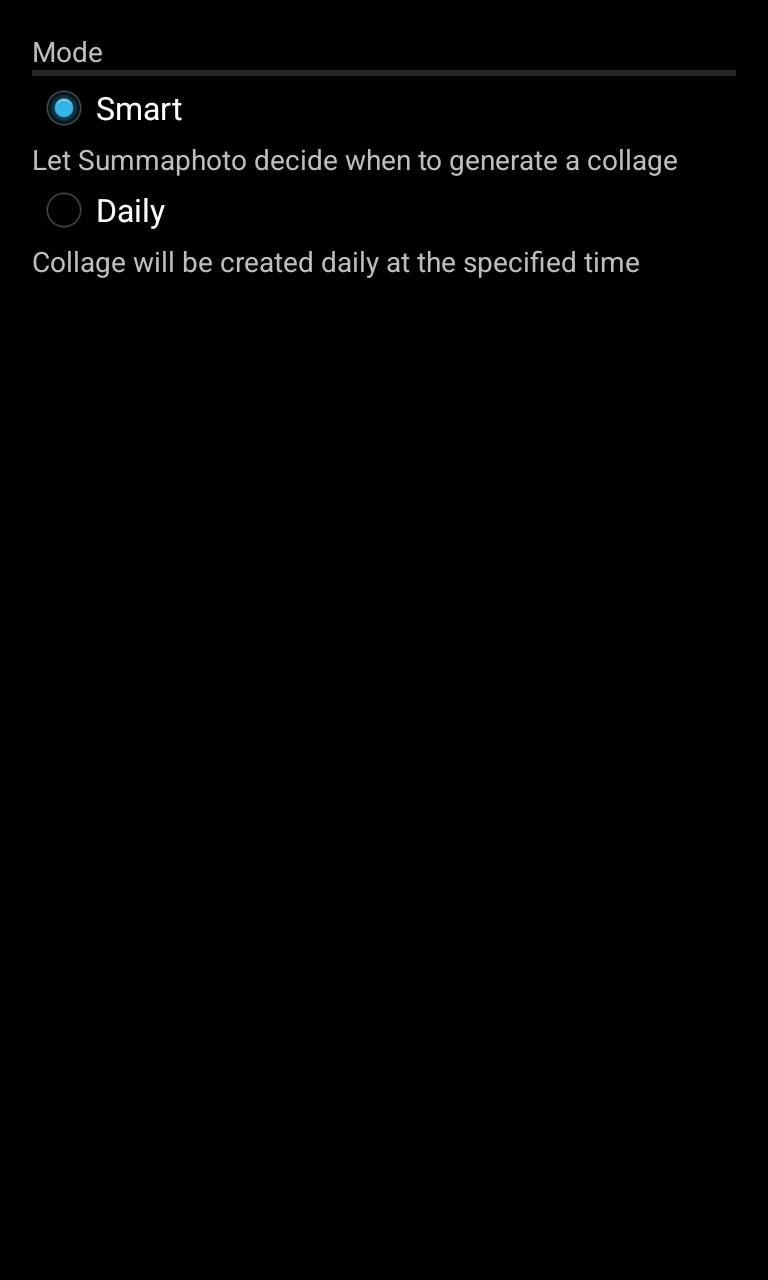
Repository: ulugbekjs/SummaPhoto
Layout: Workshop/res/layout/activity_settings.xml
An editor plug-in stored every save of this project. The layout is shown before and after the next save, followed by the edit.
It is drawn on a 768 x 1280 px phone screen (xhdpi) without system bars, with theme SummaPhotoTheme; the app's code is not run.

Above is the layout before, as saved 2013-08-12 13:06:59.

After the next save:
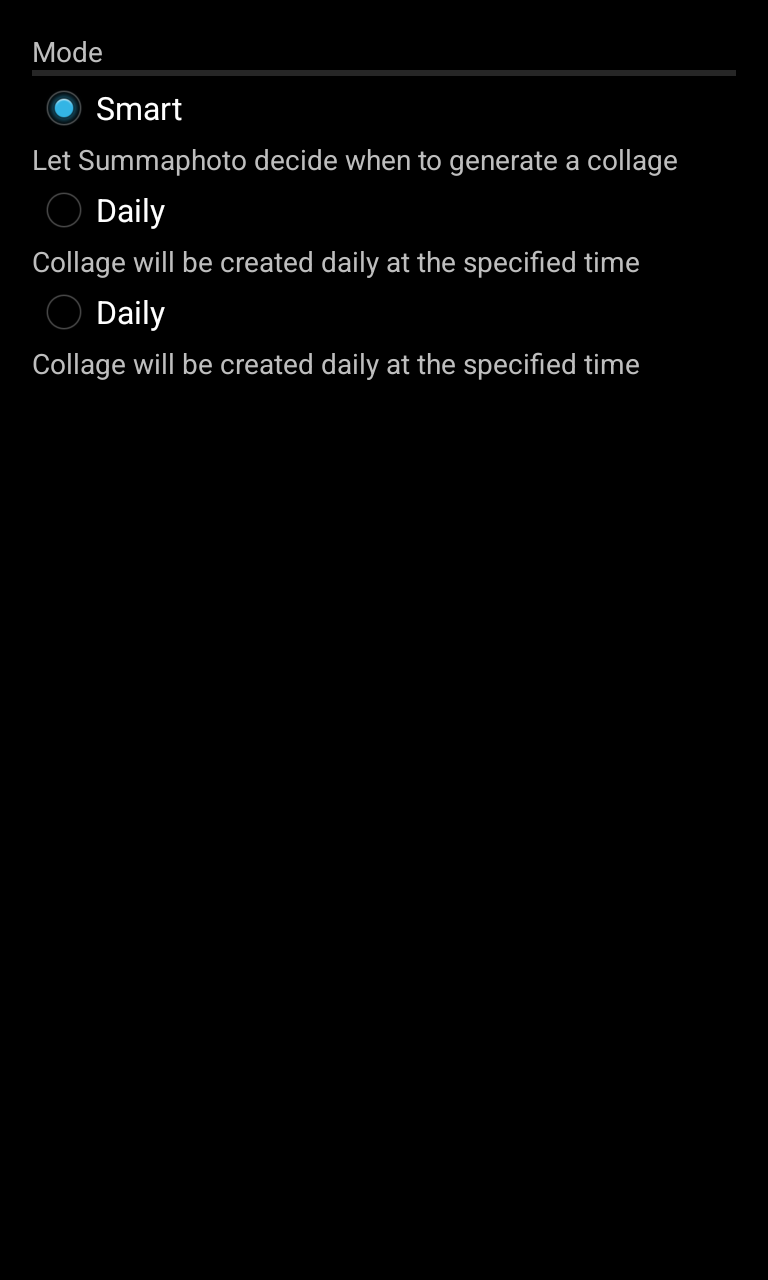
Saved 30 s later.
--- a/Workshop/res/layout/activity_settings.xml
+++ b/Workshop/res/layout/activity_settings.xml
@@ -46,6 +46,14 @@
                 android:text="@string/Daily" />
 
             <TextView android:text="@string/DailyDescription" />
+
+            <RadioButton
+                android:id="@+id/radioDaily"
+                android:layout_width="wrap_content"
+                android:layout_height="wrap_content"
+                android:text="@string/Daily" />
+
+            <TextView android:text="@string/DailyDescription" />
         </RadioGroup>
     </LinearLayout>
 
